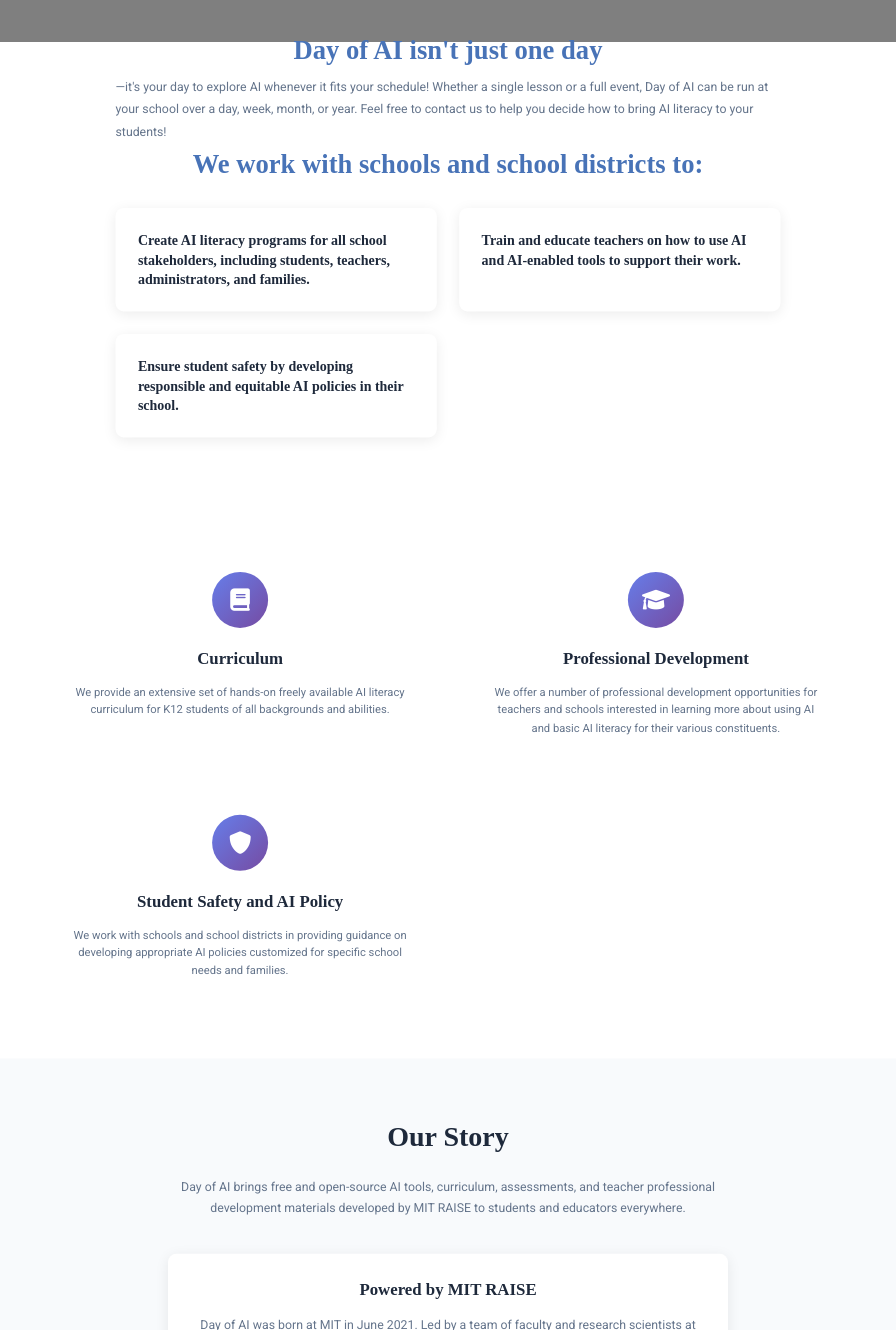
Repository: dinhtri123/dayofai
Page: index.html
These files come from the project's save history. The page is drawn as it stood at one moment and after the next save; the edit follows.
The browser window is 1280 px wide. The pictures show the part of the page from y = 660 to 2560 px (the page is 3901 px tall before and 3857 px after), at 70% of full size.
A picture or video elsewhere on the page could not be fetched, so the positions and the page height are approximate. Some web fonts or font styles are not loaded; a fallback is used.

Above is the page before, as saved 2025-06-29 08:43:32.

After the next save:
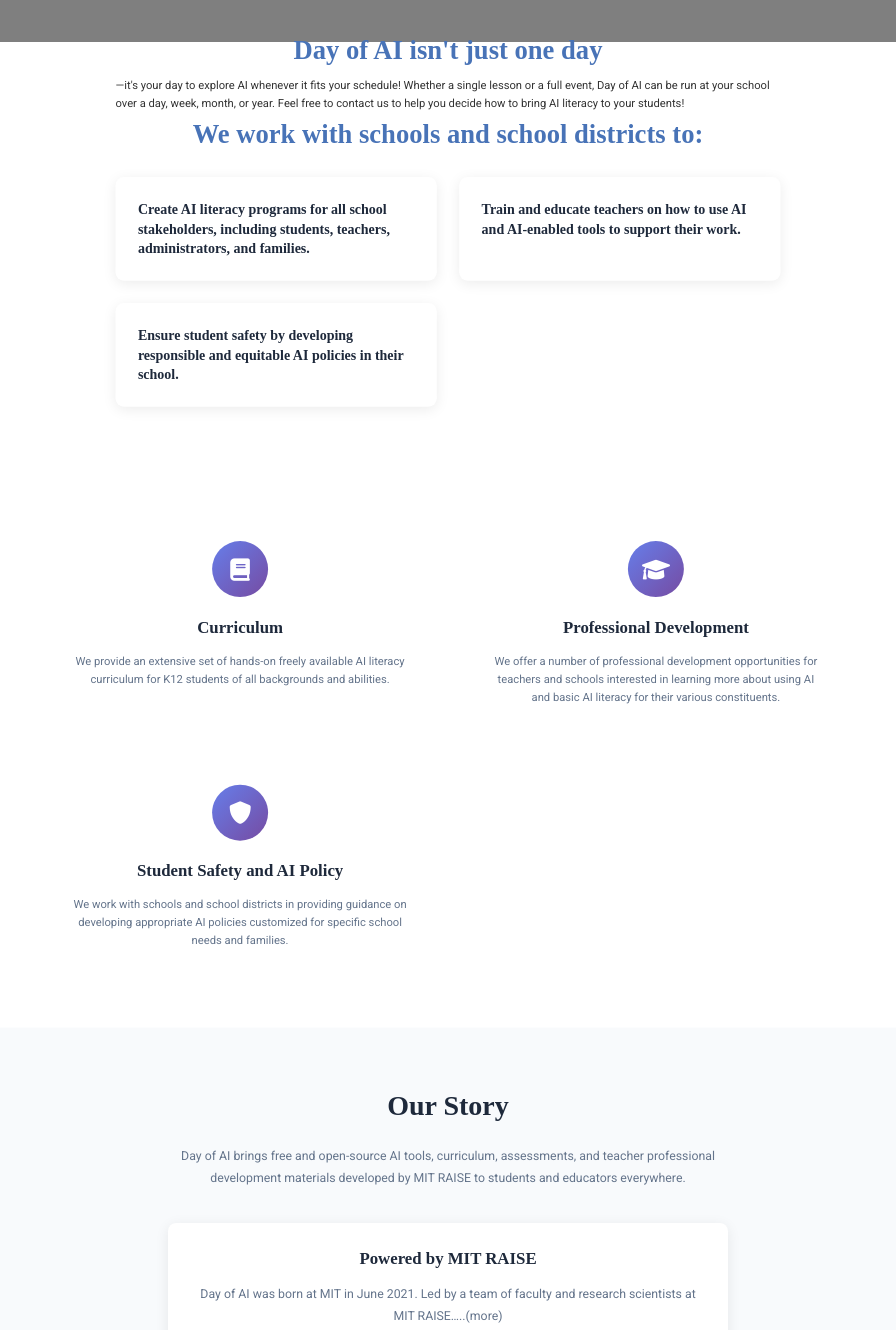
Saved 6 s later.
--- a/styles.css
+++ b/styles.css
@@ -292,9 +292,7 @@
 }
 
 .content-item p {
-  font-size: 1.1rem;
-  color: #64748b;
-  line-height: 1.8;
+
 }
 
 .services-grid {
